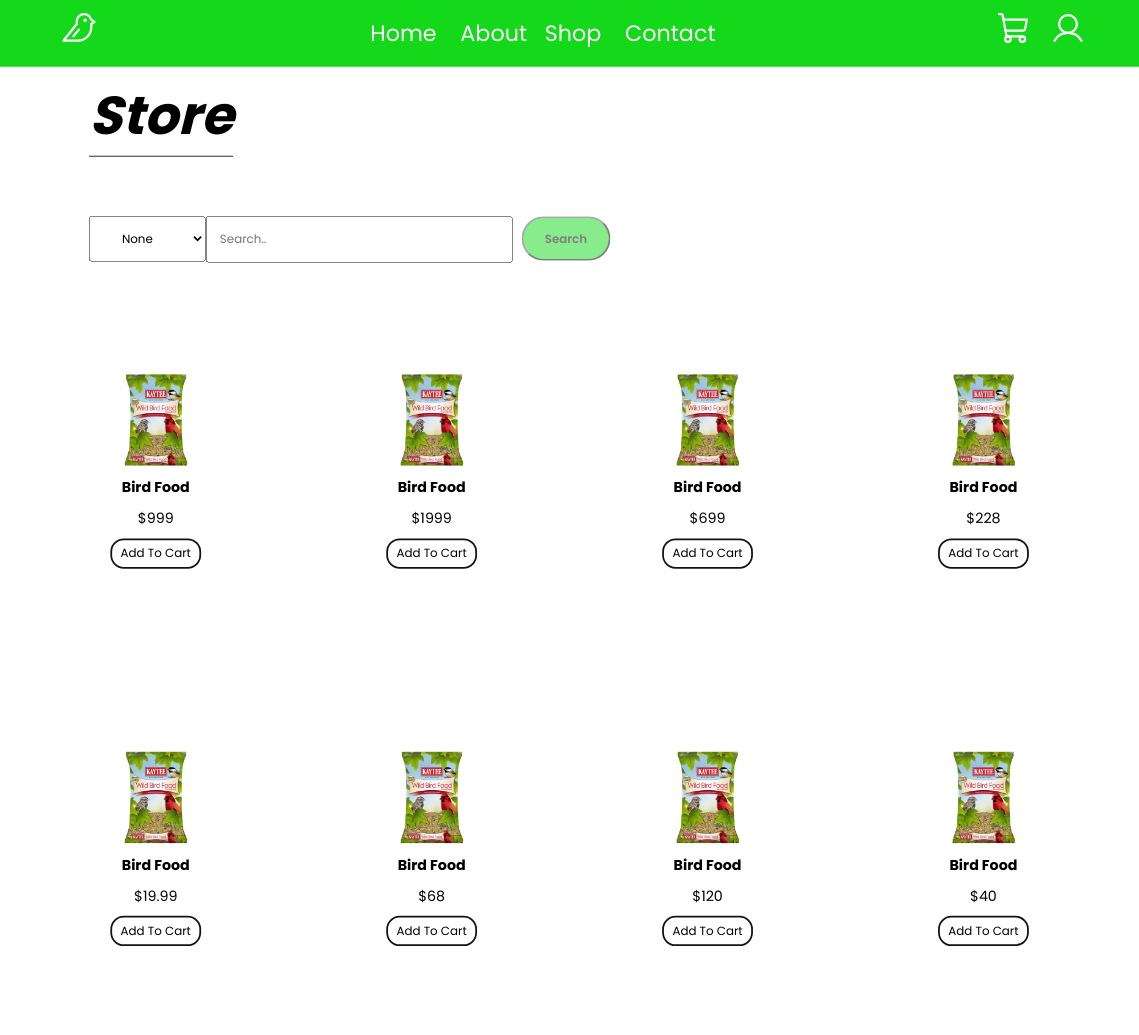
Repository: Vuhainam64/SWP391
Page: / (app in React/swp391-app/)
An editor plug-in stored every save of this project. The page is shown before and after the next save, followed by the edit.
The browser window is 1280 px wide. The pictures show the whole page, at 89% of full size.
The pointer rests on the first visible `.icon-search button`.
The project was rebuilt for these pictures with package versions that can differ from the ones it lists, and the page was loaded fresh each time. Also part of the build but not shown: React/swp391-app/src/pages/register/register.jsx, React/swp391-app/src/pages/home/home.jsx, React/swp391-app/src/pages/about/about.jsx, React/swp391-app/src/pages/contact/contact.jsx, React/swp391-app/src/pages/cart/cart-item.jsx, React/swp391-app/src/pages/cart/cart.css, React/swp391-app/src/pages/cart/cart.jsx.

Above is the page before, as saved 2023-06-01 14:29:01.

After the next save:
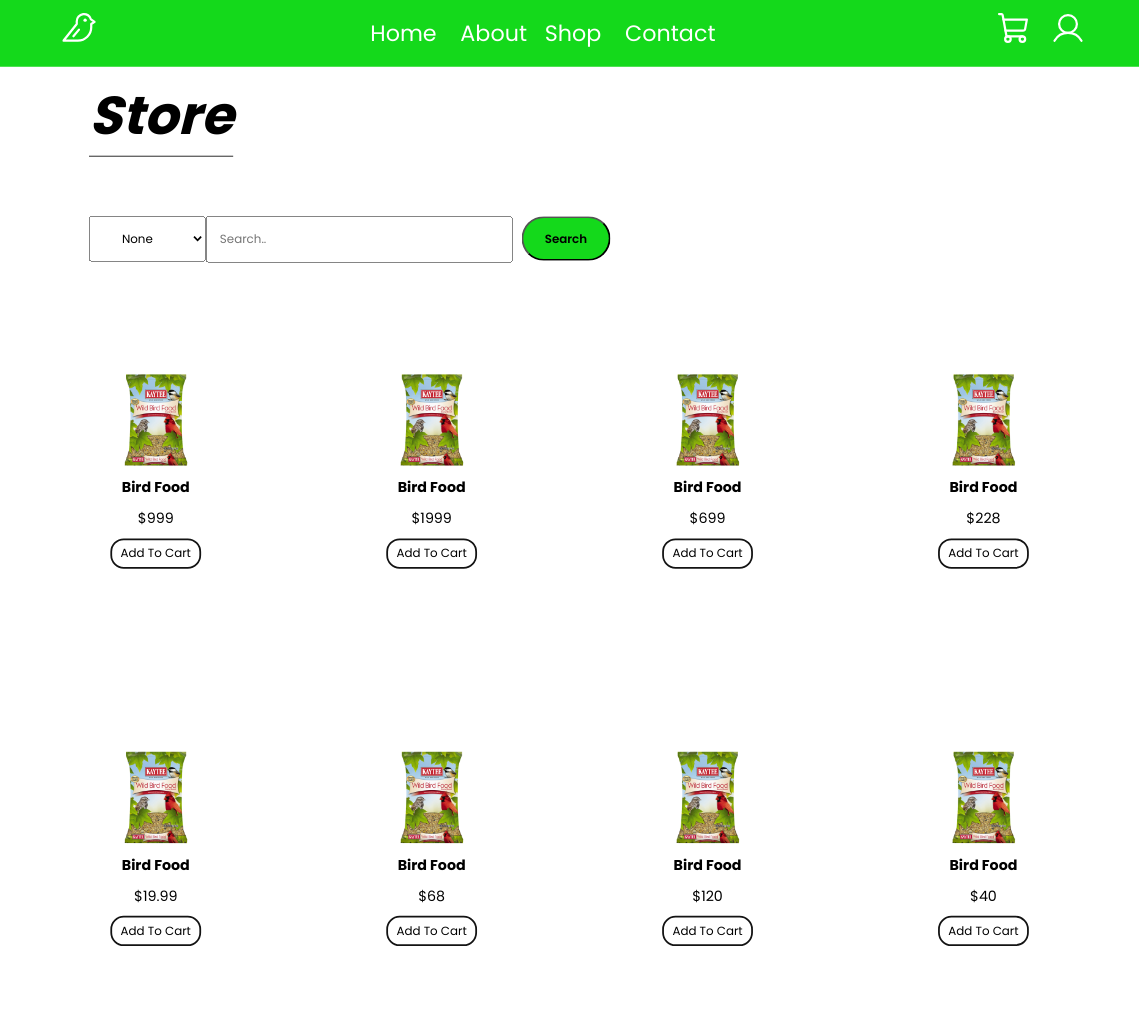
Saved 19 s later.
--- a/React/swp391-app/src/pages/shop/shop.css
+++ b/React/swp391-app/src/pages/shop/shop.css
@@ -100,3 +100,7 @@
     font-weight: 600;
     opacity: 0.5;
 }
+
+.icon-search button:hover {
+    opacity: 1;
+}
